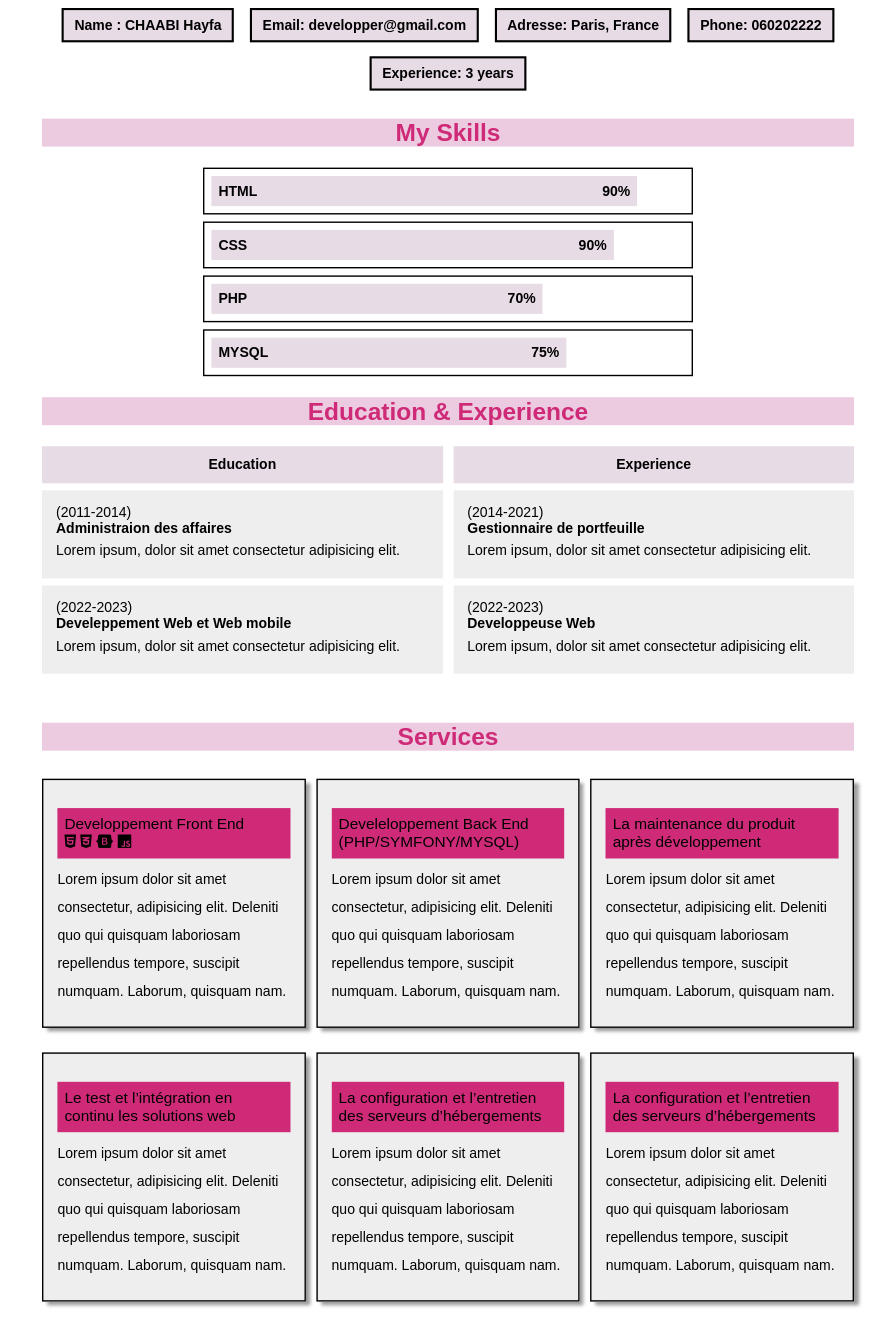
Repository: haifabilel/portfolio_project
Page: http://localhost/
These files come from the project's save history. The page is drawn as it stood at one moment and after the next save; the edit follows.
The browser window is 1280 px wide. The pictures show the part of the page from y = 758 to 2678 px (the page is 2678 px tall), at 70% of full size.
Some web fonts or font styles are not loaded; a fallback is used. The page is run by PHP 8.4 with error messages shown; the project is at /var/www/html/.

Above is the page before, as saved 2023-09-17 14:47:06.

After the next save:
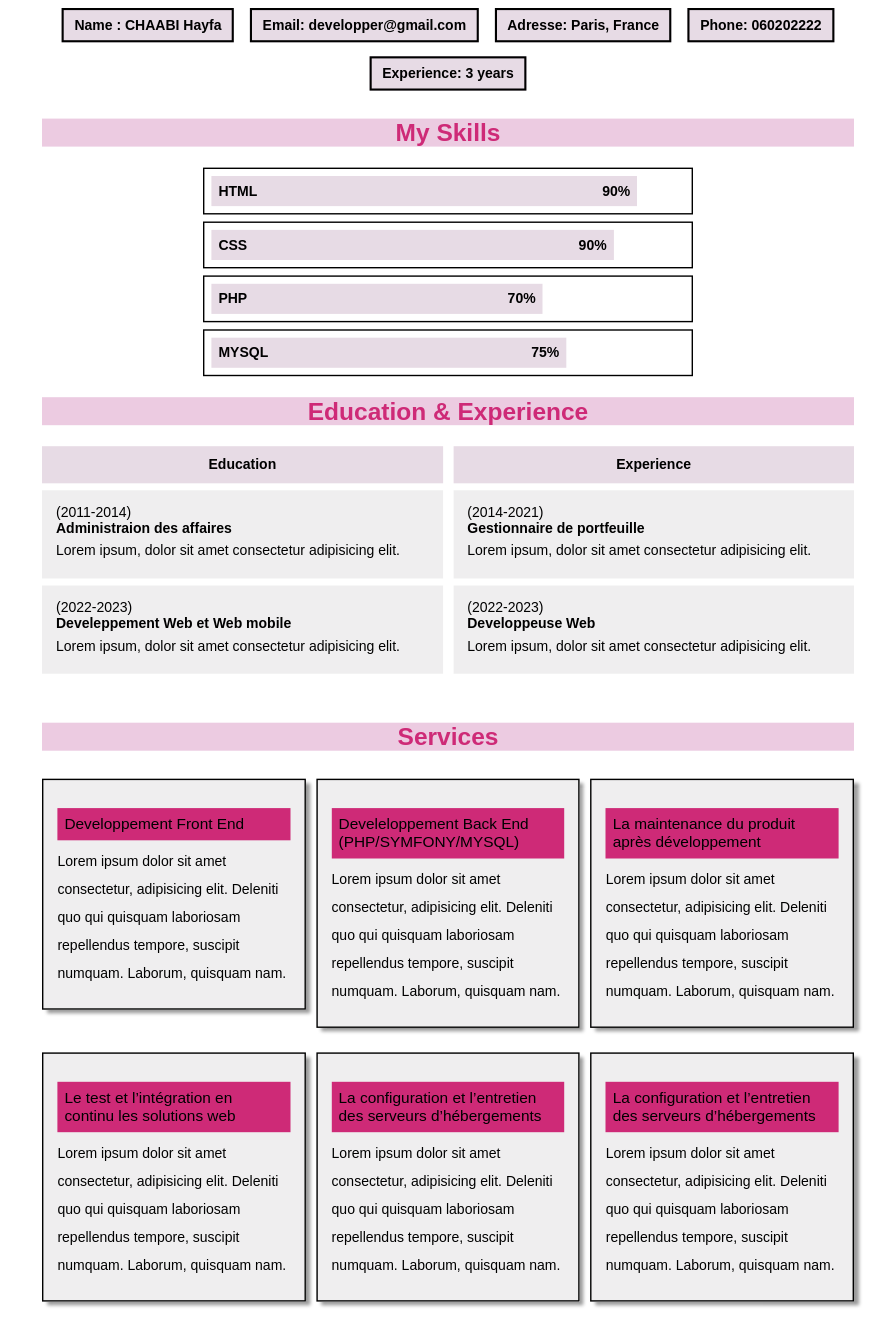
Saved 2 min 34 s later.
--- a/index.php
+++ b/index.php
@@ -113,11 +113,7 @@
 <h2 class="myservice">Services</h2>
 <div class="box-container">
     <div class="box">
-        <h3>Developpement Front End <br>
-        <i class="fa-brands fa-html5"></i>
-        <i class="fa-brands fa-css3-alt"></i>
-        <i class="fa-brands fa-bootstrap"></i>
-        <i class="fa-brands fa-js"></i>
+        <h3>Developpement Front End
         </h3>
         <p>Lorem ipsum dolor sit amet consectetur, adipisicing elit. Deleniti quo qui quisquam laboriosam repellendus tempore,
             suscipit numquam. Laborum, quisquam nam.</p>
